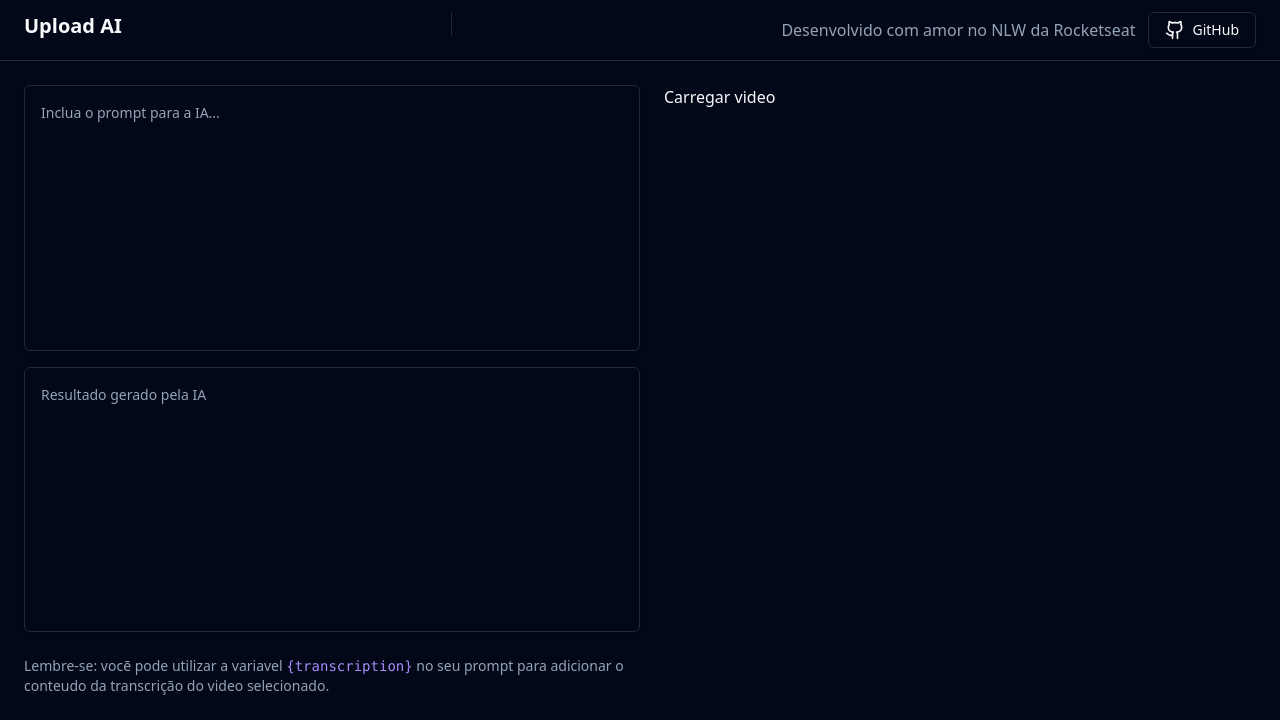
Repository: brksaian/nlw-2023-IA
Page: /
These files come from the project's save history. The page is drawn as it stood at one moment and after the next save; the edit follows.
The browser window is 1280 px wide. The pictures show the whole page.
The project was rebuilt for these pictures with package versions that can differ from the ones it lists, and the page was loaded fresh each time. Also part of the build but not shown: vite.config.ts.

Above is the page before, as saved 2023-09-12 22:22:46.

### index.html
<!DOCTYPE html>
<html lang="en">
  <head>
    <meta charset="UTF-8" />
    <meta name="viewport" content="width=device-width, initial-scale=1.0" />
    <title>Upload AI</title>
  </head>
  <body>
    <div id="root"></div>
    <script type="module" src="/src/main.tsx"></script>
  </body>
</html>

### src/App.tsx
import { Button } from "./components/ui/button";
import { Github } from "lucide-react";
import { Separator } from "./components/ui/separator";
import { Textarea } from "./components/ui/textarea";

export function App() {
  return (
    <div className="min-h-screen flex flex-col">
      <div className="px-6 py-3 flex item-center justify-between border-b">
        <h1 className="text-xl font-bold">Upload AI</h1>

        <Separator orientation="vertical" className="h-6" />

        <div className="flex items-center gap-3">
          <span className="text-small text-muted-foreground">
            Desenvolvido com amor no NLW da Rocketseat
          </span>
          <Button variant="outline">
            <Github className="w-5 h-5 mr-2" />
            GitHub
          </Button>
        </div>
      </div>
      <main className="flex-1 p-6 flex gap-6">
        <div className="flex flex-col gap-6 w-1/2">
          <div className="grid grid-rows-2 gap-4 flex-1">
            <Textarea
              placeholder="Inclua o prompt para a IA..."
              className="resize-none p-4 leading-relaxed"
            />
            <Textarea
              placeholder="Resultado gerado pela IA"
              className="resize-none p-4 leading-relaxed"
              readOnly
            />
          </div>
          <p className="text-sm text-muted-foreground">
            Lembre-se: vocẽ pode utilizar a variavel{" "}
            <code className="text-violet-400">{"{transcription}"}</code> no seu
            prompt para adicionar o conteudo da transcrição do video
            selecionado.
          </p>
        </div>
        <aside className="w-80 space-y-6">
          <form className="space-y-6">
            <label htmlFor="video">Carregar video</label>
            <input
              type="file"
              name="video"
              id="video"
              className="sr-only"
              accept="video/mp4"
            />
          </form>
        </aside>
      </main>
    </div>
  );
}

### src/index.css
@tailwind base;
@tailwind components;
@tailwind utilities;

@layer base {
  :root {
    --background: 222.2 84% 4.9%;
    --foreground: 210 40% 98%;
    --card: 222.2 84% 4.9%;
    --card-foreground: 210 40% 98%;
    --popover: 222.2 84% 4.9%;
    --popover-foreground: 210 40% 98%;
    --primary: 217.2 91.2% 59.8%;
    --primary-foreground: 222.2 47.4% 11.2%;
    --secondary: 217.2 32.6% 17.5%;
    --secondary-foreground: 210 40% 98%;
    --muted: 217.2 32.6% 17.5%;
    --muted-foreground: 215 20.2% 65.1%;
    --accent: 217.2 32.6% 17.5%;
    --accent-foreground: 210 40% 98%;
    --destructive: 0 62.8% 30.6%;
    --destructive-foreground: 210 40% 98%;
    --border: 217.2 32.6% 17.5%;
    --input: 217.2 32.6% 17.5%;
    --ring: 224.3 76.3% 48%;

    --radius: 0.5rem;
  }
}

@layer base {
  * {
    @apply border-border;
  }
  body {
    @apply bg-background text-foreground;
  }
}

### src/components/ui/button.tsx
import * as React from "react"
import { Slot } from "@radix-ui/react-slot"
import { cva, type VariantProps } from "class-variance-authority"

import { cn } from "@/lib/utils"

const buttonVariants = cva(
  "inline-flex items-center justify-center rounded-md text-sm font-medium transition-colors focus-visible:outline-none focus-visible:ring-1 focus-visible:ring-ring disabled:pointer-events-none disabled:opacity-50",
  {
    variants: {
      variant: {
        default:
          "bg-primary text-primary-foreground shadow hover:bg-primary/90",
        destructive:
          "bg-destructive text-destructive-foreground shadow-sm hover:bg-destructive/90",
        outline:
          "border border-input bg-transparent shadow-sm hover:bg-accent hover:text-accent-foreground",
        secondary:
          "bg-secondary text-secondary-foreground shadow-sm hover:bg-secondary/80",
        ghost: "hover:bg-accent hover:text-accent-foreground",
        link: "text-primary underline-offset-4 hover:underline",
      },
      size: {
        default: "h-9 px-4 py-2",
        sm: "h-8 rounded-md px-3 text-xs",
        lg: "h-10 rounded-md px-8",
        icon: "h-9 w-9",
      },
    },
    defaultVariants: {
      variant: "default",
      size: "default",
    },
  }
)

export interface ButtonProps
  extends React.ButtonHTMLAttributes<HTMLButtonElement>,
    VariantProps<typeof buttonVariants> {
  asChild?: boolean
}

const Button = React.forwardRef<HTMLButtonElement, ButtonProps>(
  ({ className, variant, size, asChild = false, ...props }, ref) => {
    const Comp = asChild ? Slot : "button"
    return (
      <Comp
        className={cn(buttonVariants({ variant, size, className }))}
        ref={ref}
        {...props}
      />
    )
  }
)
Button.displayName = "Button"

export { Button, buttonVariants }

### src/components/ui/separator.tsx
import * as React from "react"
import * as SeparatorPrimitive from "@radix-ui/react-separator"

import { cn } from "@/lib/utils"

const Separator = React.forwardRef<
  React.ElementRef<typeof SeparatorPrimitive.Root>,
  React.ComponentPropsWithoutRef<typeof SeparatorPrimitive.Root>
>(
  (
    { className, orientation = "horizontal", decorative = true, ...props },
    ref
  ) => (
    <SeparatorPrimitive.Root
      ref={ref}
      decorative={decorative}
      orientation={orientation}
      className={cn(
        "shrink-0 bg-border",
        orientation === "horizontal" ? "h-[1px] w-full" : "h-full w-[1px]",
        className
      )}
      {...props}
    />
  )
)
Separator.displayName = SeparatorPrimitive.Root.displayName

export { Separator }

### src/components/ui/textarea.tsx
import * as React from "react"

import { cn } from "@/lib/utils"

export interface TextareaProps
  extends React.TextareaHTMLAttributes<HTMLTextAreaElement> {}

const Textarea = React.forwardRef<HTMLTextAreaElement, TextareaProps>(
  ({ className, ...props }, ref) => {
    return (
      <textarea
        className={cn(
          "flex min-h-[60px] w-full rounded-md border border-input bg-transparent px-3 py-2 text-sm shadow-sm placeholder:text-muted-foreground focus-visible:outline-none focus-visible:ring-1 focus-visible:ring-ring disabled:cursor-not-allowed disabled:opacity-50",
          className
        )}
        ref={ref}
        {...props}
      />
    )
  }
)
Textarea.displayName = "Textarea"

export { Textarea }

Loaded but not shown: src/main.tsx (common file); src/lib/utils.ts (common file); tailwind.config.js (common file)

After the next save:
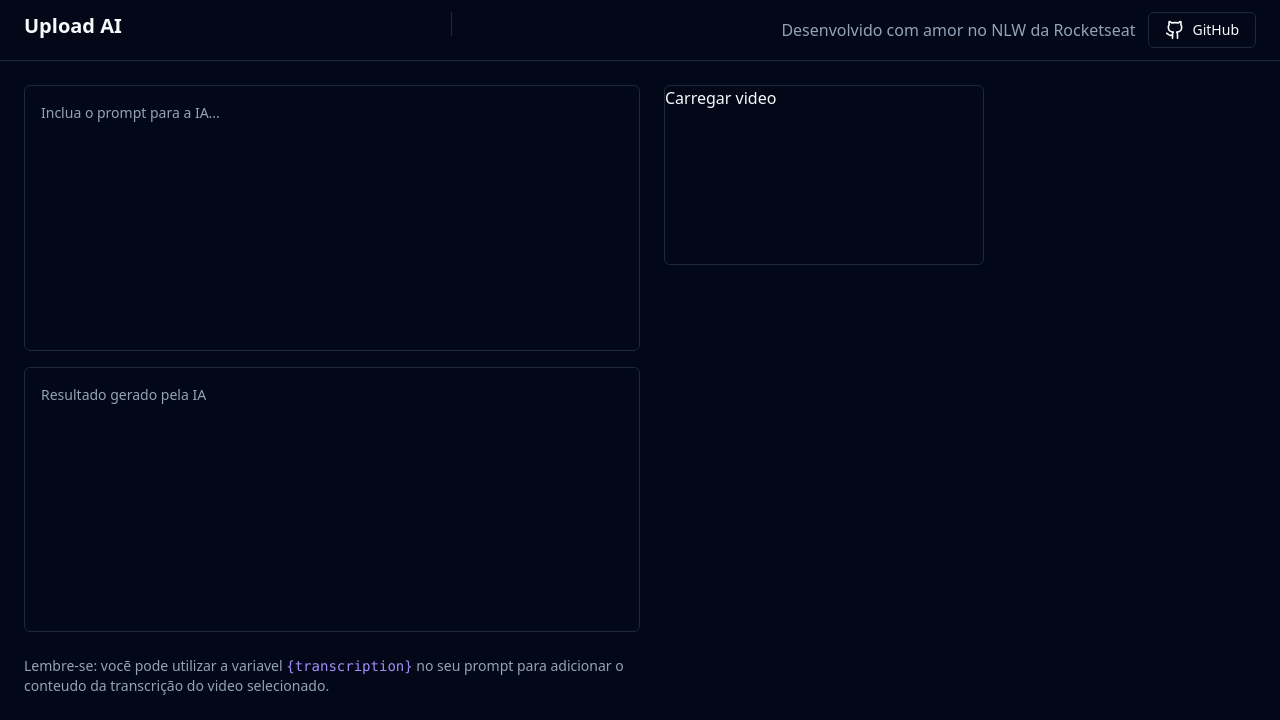
Saved 48 s later.
--- a/src/App.tsx
+++ b/src/App.tsx
@@ -43,7 +43,12 @@ export function App() {
         </div>
         <aside className="w-80 space-y-6">
           <form className="space-y-6">
-            <label htmlFor="video">Carregar video</label>
+            <label
+              htmlFor="video"
+              className="border flex rounded-md aspect-video"
+            >
+              Carregar video
+            </label>
             <input
               type="file"
               name="video"
